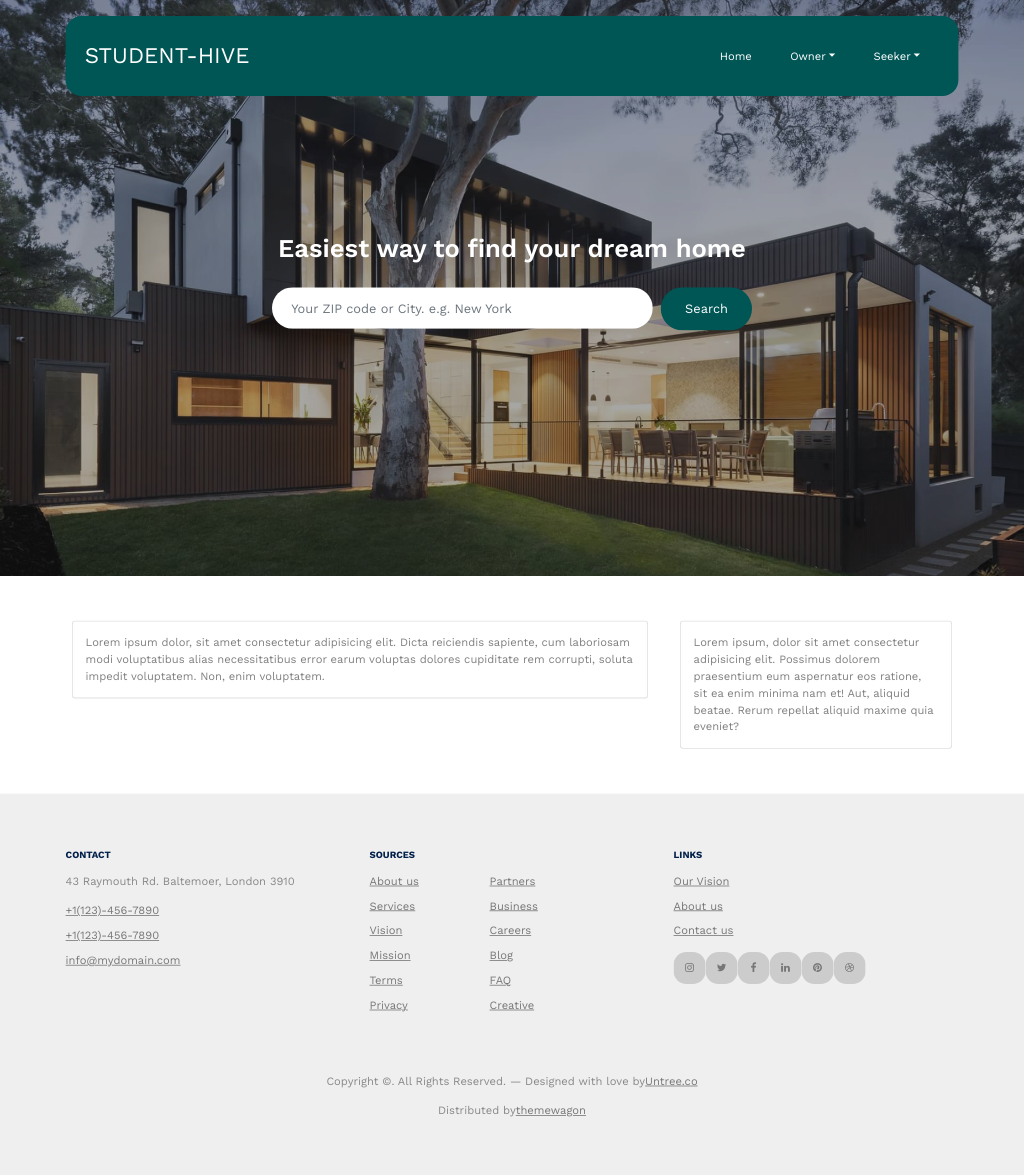
Repository: Farhan0021/Rentalproject
Page: /details (app in front/)
The author's editor kept a copy of each file at every save. The page is drawn from the files as they stood at one save, then again after the next save.
The browser window is 1280 px wide. The pictures show the whole page, at 80% of full size.
The project was rebuilt for these pictures with package versions that can differ from the ones it lists, and the page was loaded fresh each time. Also part of the build but not shown: front/vite.config.js, front/src/pages/Home.jsx, front/src/pages/seekers/Login.jsx, front/src/schema/SeekerSignupSchema.jsx, front/src/pages/seekers/Signup.jsx, front/src/pages/owner/Login.jsx, front/src/schema/OwnerSignupSchema.jsx, front/src/pages/owner/Signup.jsx.

Above is the page before, as saved 2025-04-30 22:22:36.
Console error: TypeError: Cannot read properties of null (reading 'style')

After the next save:
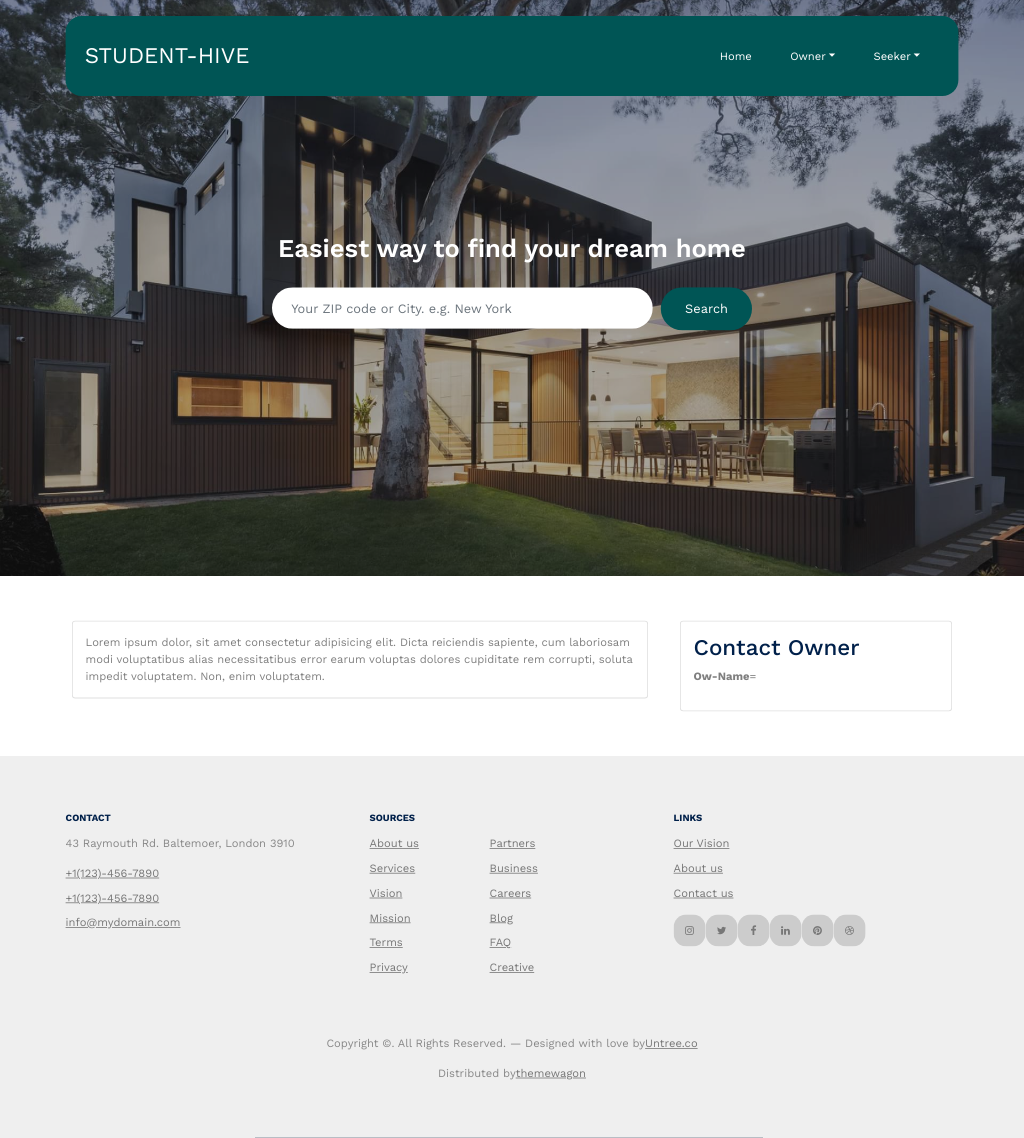
Saved 48 min 29 s later.
--- a/front/src/pages/Details.jsx
+++ b/front/src/pages/Details.jsx
@@ -11,7 +11,8 @@ const Details = () => {
                 </div>
                 <div className="col-md-4">
                     <div className="card m-2 p-3">
-                        Lorem ipsum, dolor sit amet consectetur adipisicing elit. Possimus dolorem praesentium eum aspernatur eos ratione, sit ea enim minima nam et! Aut, aliquid beatae. Rerum repellat aliquid maxime quia eveniet?
+                        <h3>Contact Owner</h3>
+                        <p><b>Ow-Name</b>=</p>
                     </div>
                 </div>
             </div>
